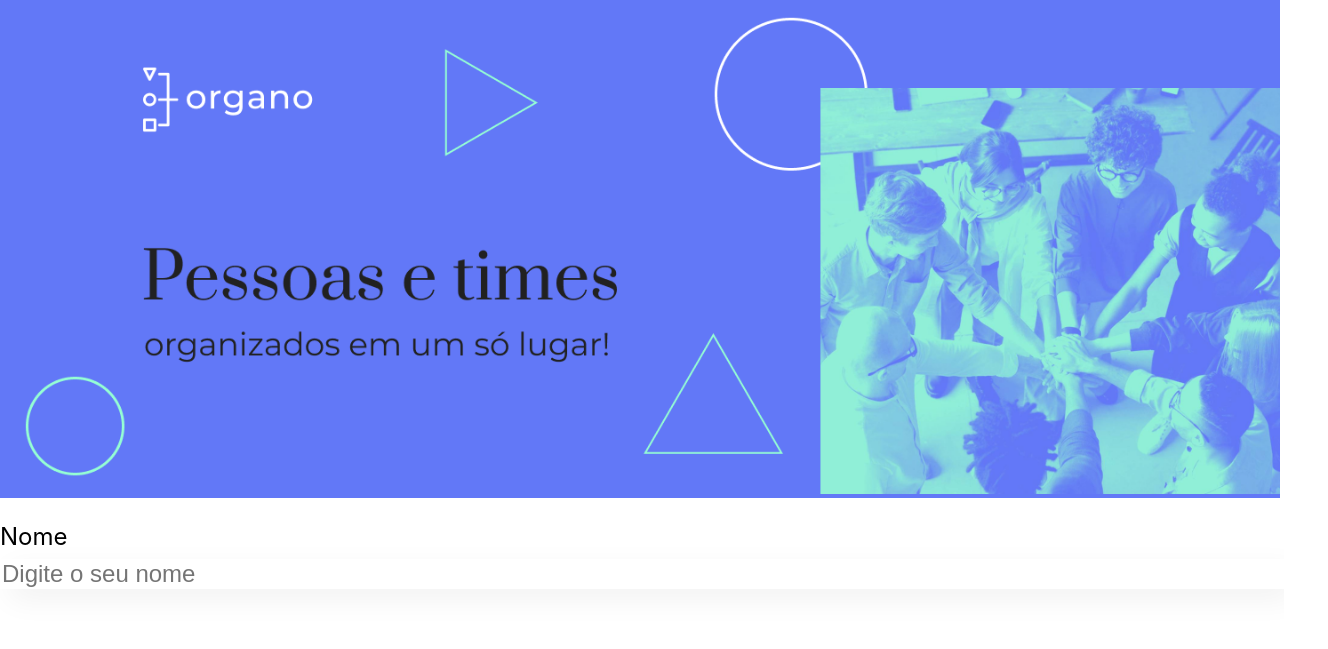
Repository: devMuriloOliveira/organo
Page: /
The author's editor kept a copy of each file at every save. The page is drawn from the files as they stood at one save, then again after the next save.
The browser window is 1280 px wide. The page is 1284 px wide, then 1328 px, so the pictures cover 1328 px, including what lies to the right of the window. The pictures show the whole page.
The project was rebuilt for these pictures with package versions that can differ from the ones it lists, and the page was loaded fresh each time.

Above is the page before, as saved 2023-01-10 18:28:58.

After the next save:
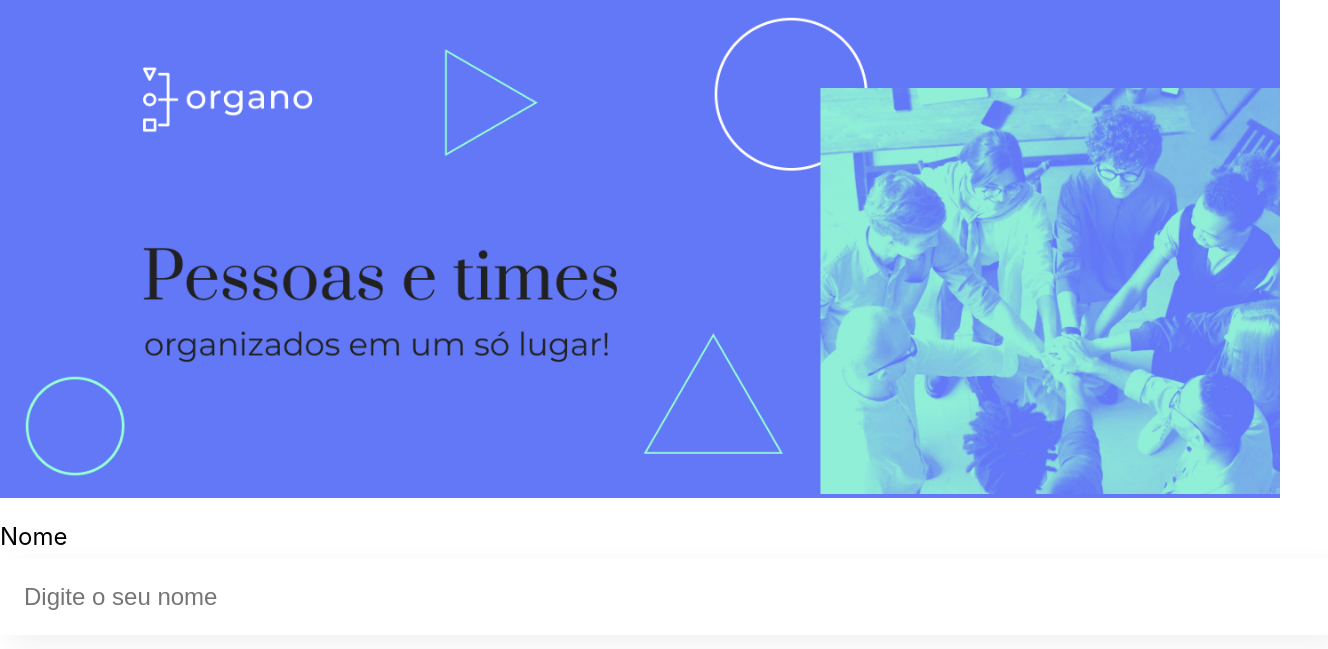
Saved 7 s later.
--- a/src/componentes/CampoTexto/CampoTexto.css
+++ b/src/componentes/CampoTexto/CampoTexto.css
@@ -14,4 +14,5 @@
   width: 100%;
   border: none;
   font-size: 24px;
+  padding: 24px;
 }
